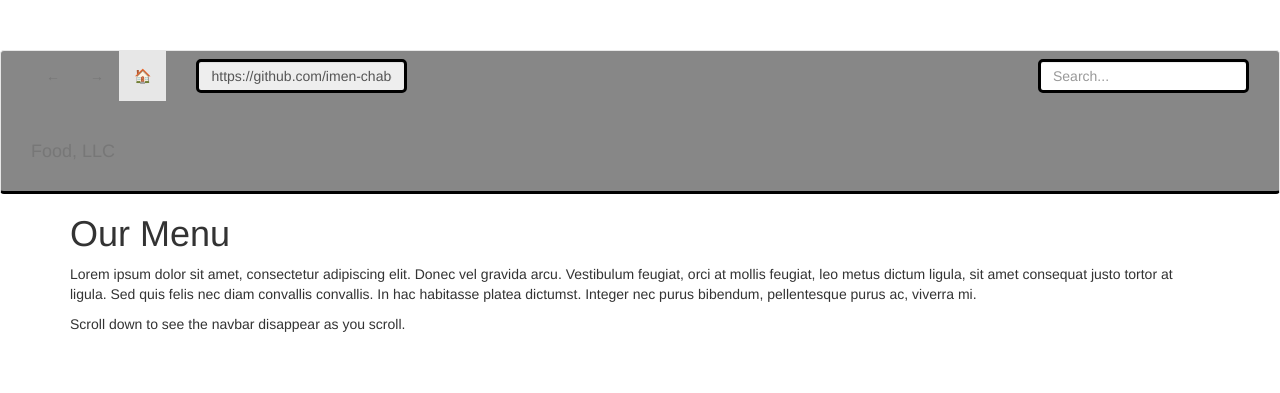
Repository: imen-chabchoub/coursera-test1
Page: mod3-solution/index.html
An editor plug-in stored every save of this project. The page is shown before and after the next save, followed by the edit.
The browser window is 1280 px wide. The pictures show the whole page.

Above is the page before, as saved 2025-02-12 14:40:43.

### mod3-solution/index.html
<!DOCTYPE html>
<html lang="en">
<head>
    <meta charset="UTF-8">
    <meta name="viewport" content="width=device-width, initial-scale=1.0">
    <title>Food, LLC</title>
    <link rel="stylesheet" href="https://maxcdn.bootstrapcdn.com/bootstrap/3.3.7/css/bootstrap.min.css">
    <link rel="stylesheet" href="css/style.css">
</head>
<body>
    <!-- Navbar -->
    <nav class="navbar navbar-default">
        <div class="container-fluid">
            <!-- Brand and toggle get grouped for better mobile display -->
            <div class="navbar-header">
                <button type="button" class="navbar-toggle collapsed" data-toggle="collapse" data-target="#navbar-collapse">
                    <span class="sr-only">Toggle navigation</span>
                    <span class="icon-bar"></span>
                    <span class="icon-bar"></span>
                    <span class="icon-bar"></span>
                </button>
            </div>

            <!-- Collect the nav links, forms, and other content for toggling -->
            <div class="collapse navbar-collapse" id="navbar-collapse">
                <ul class="nav navbar-nav">
                    <li><a href="#" class="nav-back">←</a></li>
                    <li><a href="#" class="nav-forward">→</a></li>
                    <li class="active"><a href="#" class="nav-home">🏠</a></li>
                </ul>
                <div class="navbar-form navbar-left">
                    <input type="text" class="form-control nav-url" value="https://github.com/imen-chabchoub/coursera-test/tree/module2-solution" readonly>
                </div>
                <div class="navbar-form navbar-right">
                    <input type="text" class="form-control search" placeholder="Search...">
                </div>
            </div><!-- /.navbar-collapse -->
            <div class="navbar-divider"></div>
            <div class="navbar-text text-center">
                <a class="navbar-brand" href="#">Food, LLC</a>
            </div>
        </div><!-- /.container-fluid -->
    </nav>

    <!-- Content -->
    <div class="container">
        <h1>Our Menu</h1>
        <p>Lorem ipsum dolor sit amet, consectetur adipiscing elit. Donec vel gravida arcu. Vestibulum feugiat, orci at mollis feugiat, leo metus dictum ligula, sit amet consequat justo tortor at ligula. Sed quis felis nec diam convallis convallis. In hac habitasse platea dictumst. Integer nec purus bibendum, pellentesque purus ac, viverra mi.</p>
        <p>Scroll down to see the navbar disappear as you scroll.</p>
    </div>

    <script src="https://ajax.googleapis.com/ajax/libs/jquery/1.12.4/jquery.min.js"></script>
    <script src="https://maxcdn.bootstrapcdn.com/bootstrap/3.3.7/js/bootstrap.min.js"></script>
</body>
</html>

### mod3-solution/css/style.css
body {
    padding-top: 50px; /* Ensure the content does not overlap the navbar */
}

.navbar {
    margin-bottom: 0;
    background-color: #878787;
    border-bottom: black solid;
}

.navbar-text {
    text-align: center;
    width: 100%;
    padding-top: 10px;
}

.nav-url {
    width: 40%;
    margin: 0 15px;
    border: black solid;
    border-radius: 5px;
    font-size: 14px;
    background-color: #f0f0f0;
}

.search {
    width: 150px;
    border: black solid;
    border-radius: 5px;
}
.navbar-brand{
    color:black;
}

After the next save:
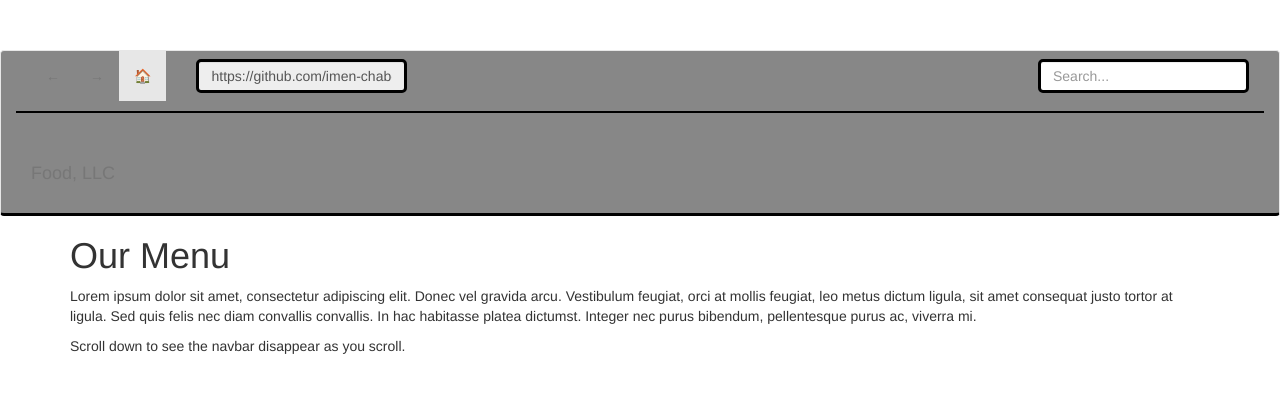
Saved 3 s later.
--- a/mod3-solution/css/style.css
+++ b/mod3-solution/css/style.css
@@ -6,6 +6,12 @@ body {
     margin-bottom: 0;
     background-color: #878787;
     border-bottom: black solid;
+}
+
+.navbar-divider {
+    border-top: 2px solid black;
+    margin-top: 10px;
+    margin-bottom: 10px;
 }
 
 .navbar-text {
@@ -28,6 +34,3 @@ body {
     border: black solid;
     border-radius: 5px;
 }
-.navbar-brand{
-    color:black;
-}
